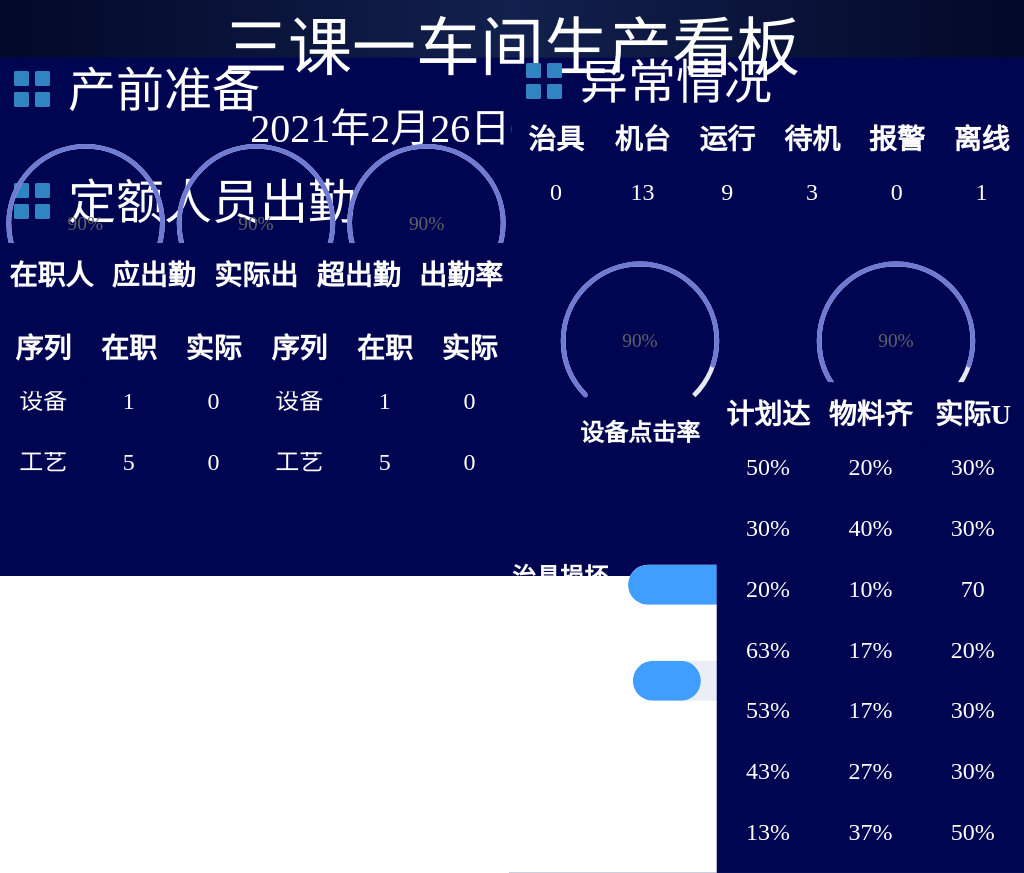
Repository: Bimbaloo/pv-view
Page: a.html
These files come from the project's save history. The page is drawn as it stood at one moment and after the next save; the edit follows.
The browser window is 1280 px wide. The pictures show the whole page, at 80% of full size.

Above is the page before, as saved 2021-05-17 08:45:03.
Console error: ReferenceError: echarts is not defined

### a.html
<!DOCTYPE html>
<html lang="zh-ch">

<head>
  <meta charset="UTF-8">
  <meta http-equiv="X-UA-Compatible" content="IE=edge">
  <meta name="viewport"
    content="width=device-width, initial-scale=1.0, minimum-scale=1.0, maximum-scale=1.0, user-scalable=no" />
  <script src="echarts.common.js"></script>
  <script src="vue.js"></script>
  <script src="element-ui/index.js"></script>
  <link rel="stylesheet" href="element-ui/theme-chalk/index.css">
  <link rel="stylesheet" href="reset.css">
  <link rel="stylesheet" href="base.css">
  <script src="axios.js"></script>
  <title>车间看板</title>
</head>

<body>
  <div id="app">
    <!-- 抬头 -->
    <div class="title-box">
      <div class="title">三课一车间生产看板</div>
      <div class="message" style="display: flex;">
        <div class="time">2021年2月26日09:29:23星期五</div>
        <div class="name">MES</div>
      </div>

    </div>
    <!-- 生产 -->
    <div class="Production">
      <div class="ready">
        <div class="designation">
          <i class="el-icon-menu"></i>
          <span>产前准备</span>
        </div>
        <div class="progress-boxs">
          <div class="progress-box">
            <el-progress type="dashboard" :percentage="percentage" :color="colors" :width='width'></el-progress>
            <span>设备点击率</span>
          </div>

          <div class="progress-box">
            <el-progress type="dashboard" :percentage="percentage" :color="colors" :width='width'></el-progress>
            <span>清洁度OK率</span>
          </div>
          <div class="progress-box">
            <el-progress type="dashboard" :percentage="percentage" :color="colors" :width='width'></el-progress>
            <span>物料齐率</span>
          </div>
        </div>


      </div>
      <!-- 出勤 -->
      <div class="chuqing">
        <div class="designation">
          <i class="el-icon-menu"></i>
          <span>定额人员出勤</span>
        </div>
        <div class="table-message">
          <el-table ref="table" :data="tableData.data" style="width: 100%;margin-top: 20px;">
            <el-table-column v-for="col in columns" :key="col.prop" :label="col.label" :prop="col.prop"
              :class-name="col.class" align='center'>
            </el-table-column>
          </el-table>
        </div>

      </div>
      <!-- 非定额出勤 -->
      <div class="feichuqing">
        <div class="designation">
          <i class="el-icon-menu"></i>
          <span>非定额人员出勤</span>
        </div>
        <div class="table-message" style="display: flex;">
          <el-table ref="table2" :data="tableData.data2" style="width: 45%;margin-top: 20px;">
            <el-table-column v-for="col in columns2" :key="col.prop" :label="col.label" :prop="col.prop"
              :class-name="col.class" align='center'>
            </el-table-column>
          </el-table>
          <el-table ref="table2" :data="tableData.data2" style="width: 45%;margin-top: 20px;">
            <el-table-column v-for="col in columns2" :key="col.prop" :label="col.label" :prop="col.prop"
              :class-name="col.class" align='center'>
            </el-table-column>
          </el-table>
        </div>
      </div>
    </div>
    <!-- 异常 -->
    <div class="abnormal">
      <div class="designation">
        <i class="el-icon-menu"></i>
        <span>异常情况</span>
      </div>
      <div class="table-message">
        <el-table ref="table4" :data="tableData.data4" style="width: 100%">
          <el-table-column v-for="col in columns4" :key="col.prop" :label="col.label" :prop="col.prop"
            :class-name="col.class" align='center'>
          </el-table-column>
        </el-table>
      </div>
      <div class="progress-boxs">
        <div class="progress-box">
          <el-progress type="dashboard" :percentage="percentage" :color="colors" :width='width'></el-progress>
          <span>设备点击率</span>
        </div>

        <div class="progress-box">
          <el-progress type="dashboard" :percentage="percentage" :color="colors" :width='width'></el-progress>
          <span>清洁度OK率</span>
        </div>
      </div>
      <div class="progress-boxs2">
        <div class="progress-box2">
          <div class="progress-message">
            治具损坏率
          </div>
          <el-progress :stroke-width="50" :percentage="90"></el-progress>
        </div>
        <div class="progress-box2">
          <div class="progress-message">
            OQC批退率
          </div>
          <el-progress :stroke-width="50" :percentage="20"></el-progress>
        </div>
      </div>

    </div>
    <!-- 进度 -->
    <div class="progress">
      <div class="designation" style="width: 100%;">
        <i class="el-icon-menu"></i>
        <span>生产进度</span>
      </div>

      <div id="container" style="height: 80%;width: 70%;"></div>
      <el-table ref="table5" :data="tableData.data5" style="width: 100%">
        <el-table-column v-for="col in columns5" :key="col.prop" :label="col.label" :prop="col.prop"
          :class-name="col.class" align='center'>
        </el-table-column>
      </el-table>

    </div>

  </div>
  <script src="base.js"></script>
</body>

</html>

### reset.css
/**
 * Eric Meyer's Reset CSS v2.0 (http://meyerweb.com/eric/tools/css/reset/)
 * http://cssreset.com
 */

html,
body,
div,
span,
applet,
object,
iframe,
h1,
h2,
h3,
h4,
h5,
h6,
p,
blockquote,
pre,
a,
abbr,
acronym,
address,
big,
cite,
code,
del,
dfn,
em,
img,
ins,
kbd,
q,
s,
samp,
small,
strike,
strong,
sub,
sup,
tt,
var,
b,
u,
i,
center,
dl,
dt,
dd,
ol,
ul,
li,
fieldset,
form,
label,
legend,
table,
caption,
tbody,
tfoot,
thead,
tr,
th,
td,
article,
aside,
canvas,
details,
embed,
figure,
figcaption,
footer,
header,
menu,
nav,
output,
ruby,
section,
summary,
time,
mark,
audio,
video,
input {
  margin: 0;
  padding: 0;
  border: 0;
  font-family: "微软雅黑";
  font-size: 100%;
  font-weight: normal;
  vertical-align: baseline;
}

.divider {
  height: 16px;
  width: 100%;
  background: #f3f5f7;
  border-top: 1px solid rgba(7, 17, 27, 0.1);
  border-bottom: 1px solid rgba(7, 17, 27, 0.1);
}

.clear:after {
  content: "\20";
  height: 0;
  display: block;
  clear: both;
}

/* HTML5 display-role reset for older browsers */

article,
aside,
details,
figcaption,
figure,
footer,
header,
menu,
nav,
section {
  display: block;
}

body {
  line-height: 1;
}

blockquote,
q {
  quotes: none;
}

blockquote:before,
blockquote:after,
q:before,
q:after {
  content: none;
}

table {
  border-collapse: collapse;
  border-spacing: 0;
}

/* custom */

a {
  color: #7e8c8d;
  text-decoration: none;
  -webkit-backface-visibility: hidden;
}

li {
  list-style: none;
}

/* 表格下载。 */
.tableClone {
  position: absolute;
  z-index: -1;
}

::-webkit-scrollbar {
  width: 10px;
  height: 10px;
}

::-webkit-scrollbar-track-piece {
  /* background-color: #979ba1; */
  background-color: #bfc1c2;
  -webkit-border-radius: 4px;
}

::-webkit-scrollbar-thumb:vertical {
  height: 10px;
  /*  background-color: #56565C; */
  background-color: #8c8c92;
  -webkit-border-radius: 4px;
}

::-webkit-scrollbar-thumb:horizontal {
  width: 10px;
  /*  background-color: #56565C; */
  background-color: #8c8c92;
  -webkit-border-radius: 4px;
}

html,
body {
  width: 100%;
  height: 100%;
}

body {
  -webkit-text-size-adjust: none;
  -webkit-tap-highlight-color: rgba(0, 0, 0, 0);
}

### base.css
#app {
  background-color: hsl(236deg 100% 16%);
  display: flex;
  flex-direction: row;
  flex-flow: wrap;
  height: 100%;
}

.title-box {
  height: 10%;
  background-image: linear-gradient(to right, #020828, #12204d, #020828);
  width: 100%;

}

.title,
.time,
.name {
  color: #fff;
}

.message {
  display: flex;
  align-items: center;
  justify-content: flex-end;
  margin-right: 100px;
}

.title {
  font-size: 80px;
  width: 100%;
  display: flex;
  justify-content: center;
  align-items: center;
  line-height: 120px;
  height: 120px;
}

.time {
  font-size: 50px;
}

.name {
  font-size: 80px;
  margin-left: 50px;
}


/* 生产 */
.Production {
  height: 45%;
  width: 50%;
  box-sizing: border-box;

}

/* 异常 */
.abnormal {
  height: 45%;
  width: 50%;
  box-sizing: border-box;
}

.progress {
  width: 100%;
  height: 45%;
}


.ready {
  padding-top: 10px;
  height: 40%
}

.designation {
  color: #fff;
  font-size: 60px;
}

.el-icon-menu {
  color: #2F84C1;
  margin-left: 10px;
}

.chuqing {
  padding-top: 10px;
  height: 25%;
}
.feichuqing {
  padding-top: 10px;
  height: 35%;
}


.table-message td,th{
  background-color: hsl(236deg 100% 16%) !important;
  border: 1px solid hsl(236deg 100% 16%);
}

.el-table td, .el-table th.is-leaf {
  border: 1px solid hsl(236deg 100% 16%);
}

.el-table th, .el-table tr {
  background-color: hsl(236deg 100% 16%) !important;
}

.el-table {
  color: #fff;
  font-weight: bold;
  font-size: 30px;
}

.el-table, .el-table__expanded-cell {
  background-color: hsl(236deg 100% 16%) !important;
}
.el-table th>.cell {
  height: 55px;
  color: #fff;
  font-weight: bold;
  font-size: 35px;
  line-height: 55px;
}
.el-table td>.cell {
  height: 50px;
  color: #fff;
  font-size: 30px;
}


.abnormal {

}
.progress-boxs {
  display: flex;
  justify-content: space-around;
  margin-top: 35px;
}
.progress-box span{
  color: #fff;
  font-weight: bold;
  font-size: 30px;
}

.progress-box {
  display: flex;
    flex-direction: column;
    align-items: center;
}
.progress-boxs2 {
 margin-top: 150px;
}

.progress-box2 {
  display: flex;
  justify-content: space-evenly;
  margin-top: 60px;
  margin-bottom: 60px;
}
.progress-box2  .el-progress {
  width: 80%;
  display: flex;
}

.progress-message {
  color: #fff;
  font-weight: bold;
  font-size: 30px;
}
.progress {
  padding-top: 20px;
}

.el-table::before {
  height :0
}


.progress {
  display: flex;
    flex-direction: row;
    flex-wrap: wrap;
}

### base.js
var Main = new Vue({
  el: '#app',
  name: app,
  data: {
    tableData: {
      columns: [
        {
          label: '在职人员',
          prop: 'printer',
          align: 'center',
          showHead: true
        },
        {
          label: '应出勤',
          prop: 'tasksNum',
          align: 'center',
          showHead: true
        },
        {
          label: '实际出勤',
          prop: 'status',
          align: 'center',
          showHead: true
        },
        {
          label: '超出勤',
          prop: 'lastTime',
          align: 'center',
          showHead: true
        },
        {
          label: '出勤率',
          prop: 'equipment',
          align: 'center',
          class: 'red',
          showHead: true
        }
      ],
      data: [
        {
          tasksNum: '1',
          printer: '0',
          status: '0',
          lastTime: '0',
          equipment: 0
        }],
      columns2: [
        {
          label: '序列',
          prop: 'order',
          align: 'center',
        }, {
          label: '在职人数',
          prop: 'num',
          align: 'center',
        }, {
          label: '实际出勤',
          prop: 'realistic',
          align: 'center',
        }],
      data2: [
        {
          order: '设备',
          num: '1',
          realistic: '0'
        }, {
          order: '工艺',
          num: '5',
          realistic: '0'
        },],
      data3: [
        {
          order: '品质',
          num: '0',
          realistic: '0'
        },
        {
          order: '制造',
          num: '6',
          realistic: '0'
        }
      ],
      columns4: [
        {
          label: '治具总数',
          prop: 'order',
          align: 'center',
        }, {
          label: '机台总数',
          prop: 'num',
          align: 'center',
        }, {
          label: '运行',
          prop: 'run',
          align: 'center',
        }, {
          label: '待机',
          prop: 'Standby',
          align: 'center',
        }, {
          label: '报警',
          prop: 'alarm',
          align: 'center',
        }, {
          label: '离线',
          prop: 'offline',
          align: 'center',
        }],
      data4: [
        {
          order: '0',
          num: '13',
          run: '9',
          Standby: '3',
          alarm: '0',
          offline: '1'
        }],
      columns5: [
        {
          label: '计划达成率',
          prop: 'Achievement',
          align: 'center',
        }, {
          label: '物料齐率',
          prop: 'material',
          align: 'center',
        }, {
          label: '实际UPH',
          prop: 'UPH',
          align: 'center',
        }
      ],
      data5: [],
      height: 100
    },
    colors: [
      {
        color: '#f56c6c',
        percentage: 20
      },
      {
        color: '#e6a23c',
        percentage: 40
      },
      {
        color: '#5cb87a',
        percentage: 60
      },
      {
        color: '#1989fa',
        percentage: 80
      },
      {
        color: '#6f7ad3',
        percentage: 100
      }
    ],
    percentage: 90,
    width: 200
  },
  computed: {
    columns() {
      return this.tableData.columns.filter((item) => {
        return item.showHead
      })
    },
    columns2() {
      return this.tableData.columns2
    },
    columns4() {
      return this.tableData.columns4
    },
    columns5() {
      return this.tableData.columns5
    },
    items() {
      return this.tableData.columns.filter((item) => {
        return !item.showHead
      })
    }
  },
  mounted: function () {
    this.$nextTick(() => {
      axios.get('../fgb.json', {
        firstName: 'Fred',
        lastName: 'Flintstone'
      })
        .then((response) => {
          console.log(response);
          this.tableData.data5 = response.data.data
          myChart.setOption({

          })
        })
        .catch((error) => {
          console.log(error);
        });
    })
  },
  methods: {

  }
})

var dom = document.getElementById("container");
var myChart = echarts.init(dom);
var app = {};

var option;



option = {
  tooltip: {
    trigger: 'axis',
    axisPointer: {            // Use axis to trigger tooltip
      type: 'shadow'        // 'shadow' as default; can also be 'line' or 'shadow'
    }
  },
  legend: {
    data: ['Direct', 'Mail Ad', 'Affiliate Ad']
  },
  grid: {
    left: '3%',
    right: '4%',
    bottom: '3%',
    containLabel: true
  },
  xAxis: {
    type: 'value'
  },
  yAxis: {
    type: 'category',
    data: ['1#', '2#', '3#', '4#', '5#', '6#', '7#']
  },
  series: [
    {
      name: 'Direct',
      type: 'bar',
      stack: 'total',
      label: {
        show: true
      },
      emphasis: {
        focus: 'series'
      },
      data: [0, 20, 0, 0, 5, 15, 33]
    },
    {
      name: 'Mail Ad',
      type: 'bar',
      stack: 'total',
      label: {
        show: true
      },
      emphasis: {
        focus: 'series'
      },
      data: [0, 50, 30, 70, 25, 25, 33]
    },
    {
      name: 'Affiliate Ad',
      type: 'bar',
      stack: 'total',
      label: {
        show: true
      },
      emphasis: {
        focus: 'series'
      },
      data: [100, 30, 70, 30, 70, 60, 34]
    }


  ]
};

if (option && typeof option === 'object') {
  myChart.setOption(option);
}

Loaded but not shown: vue.js (library); element-ui/index.js (library); element-ui/theme-chalk/index.css (library); fgb.json (33 lines, source omitted); axios.js (1786 lines, source omitted); echarts.common.js (no copy from this time; the picture is the same without it)

After the next save:
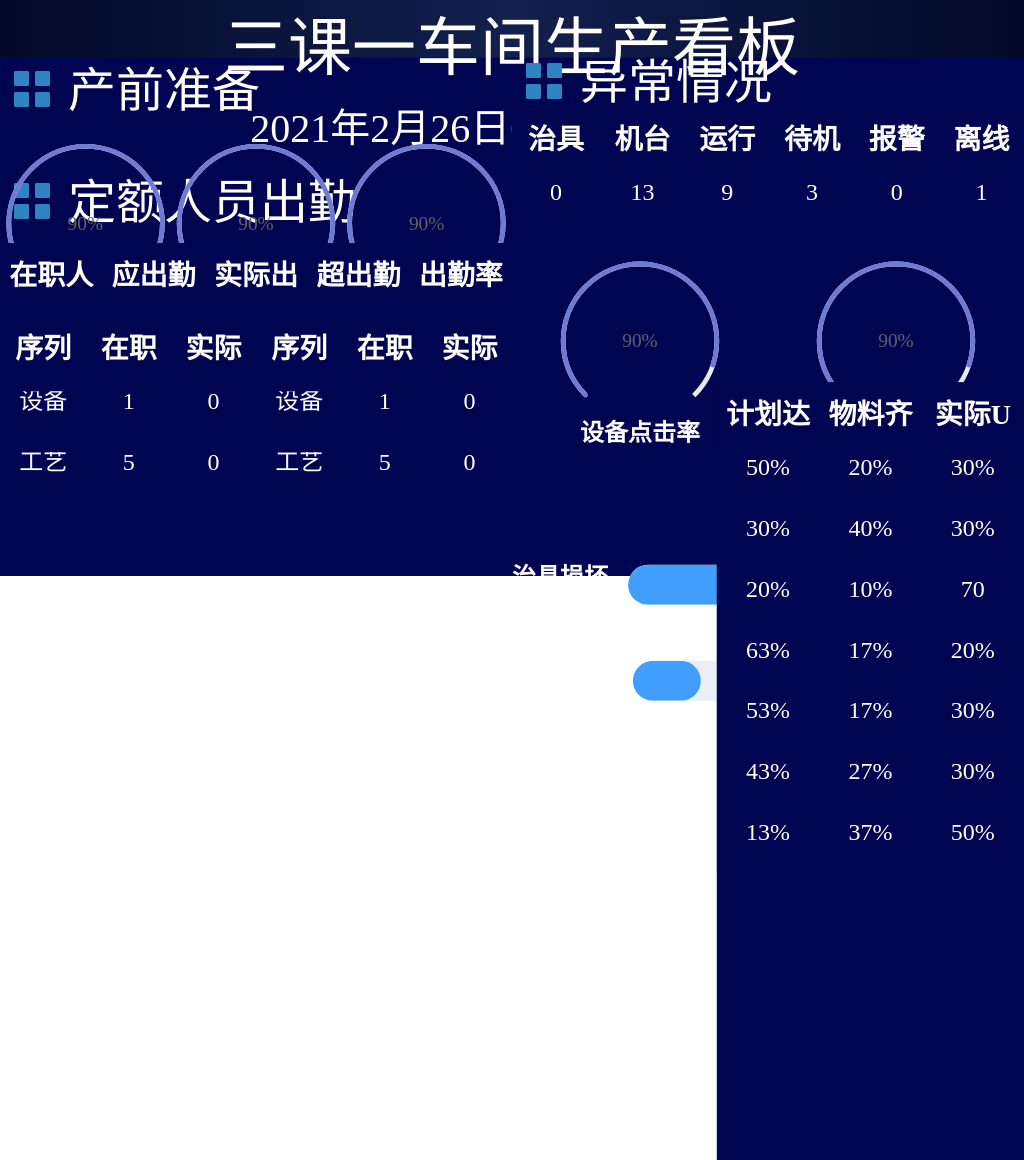
Saved 3 min 51 s later.
--- a/a.html
+++ b/a.html
@@ -135,7 +135,7 @@
       </div>
 
       <div id="container" style="height: 80%;width: 70%;"></div>
-      <el-table ref="table5" :data="tableData.data5" style="width: 100%">
+      <el-table ref="table5" :data="tableData.data5" style="width: 100%" height='972'>
         <el-table-column v-for="col in columns5" :key="col.prop" :label="col.label" :prop="col.prop"
           :class-name="col.class" align='center'>
         </el-table-column>
